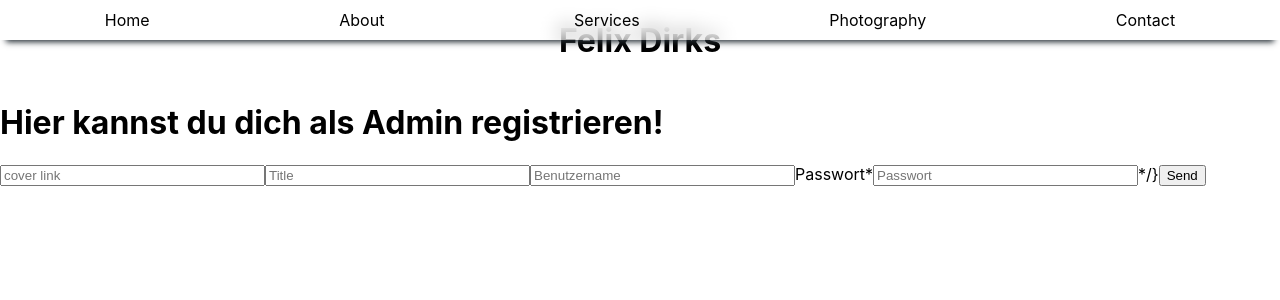
Repository: muhanad-musawi/backend-projekt-frondend
Page: /register (app in pohtographer/)
The author's editor kept a copy of each file at every save. The page is drawn from the files as they stood at one save, then again after the next save.
The browser window is 1280 px wide. The pictures show the whole page.
The page's requests for data from a server got no answer. The project was rebuilt for these pictures with package versions that can differ from the ones it lists, and the page was loaded fresh each time. The framework's server and built-in components were replaced by stand-ins that run in the browser. No one was signed in, and anything a server would have sent is missing. Also part of the build but not shown: pohtographer/next.config.js, pohtographer/styles/Footer.module.css.

Above is the page before, as saved 2022-03-25 19:54:56.

After the next save:
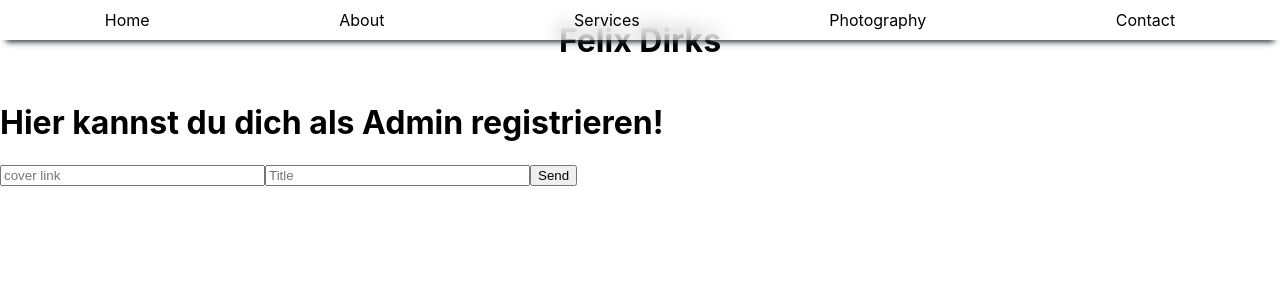
Saved 5 s later.
--- a/pohtographer/pages/register.jsx
+++ b/pohtographer/pages/register.jsx
@@ -83,7 +83,7 @@ function Register() {
 <input type="text" name="title" placeholder='Title' value={inputs.title} size="30" maxLength="50" onChange={handleInputChange}></input>
 
 
-   {/**<label for="adminName">Benutzername <span>*</span></label> */}
+   {/**<label for="adminName">Benutzername <span>*</span></label>
 
     <input type="text" name="adminName"  id="adminName" placeholder='Benutzername' value={inputs.adminName} size="30" maxLength="50" onChange={handleInputChange}></input>
       <label for="adminPassword">Passwort<span>*</span></label>
